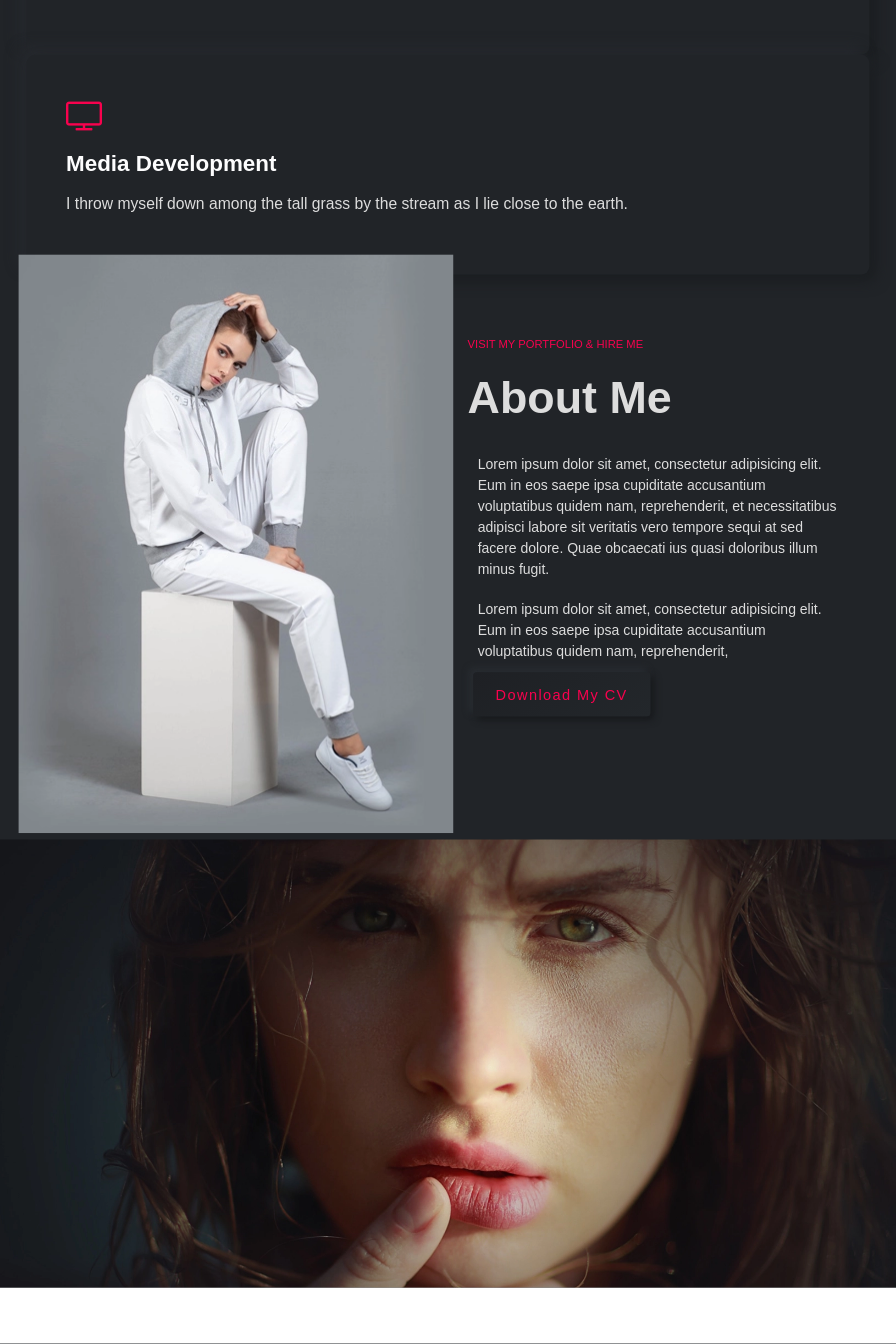
Repository: arminprogramme/inbio
Page: /
These files come from the project's save history. The page is drawn as it stood at one moment and after the next save; the edit follows.
The browser window is 1280 px wide. The pictures show the part of the page from y = 1515 to 3435 px (the page is 3435 px tall before and 3430 px after), at 70% of full size.
Backgrounds fixed to the window are drawn as part of the page. Some web libraries are served in a nearby version. The project was rebuilt for these pictures with package versions that can differ from the ones it lists, and the page was loaded fresh each time. Also part of the build but not shown: vite.config.js.

Above is the page before, as saved 2023-10-20 04:25:47.

### index.html
<!doctype html>
<html lang="en">

<head>
    <meta charset="UTF-8" />
    <link rel="icon" type="image/svg+xml" href="/vite.svg" />
    <link rel="stylesheet" href="https://cdnjs.cloudflare.com/ajax/libs/font-awesome/4.7.0/css/font-awesome.min.css">
    <link href="https://cdnjs.cloudflare.com/ajax/libs/flowbite/1.8.1/flowbite.min.css" rel="stylesheet" />
    <meta name="viewport" content="width=device-width, initial-scale=1.0" />
    <title>Vite + React</title>
</head>

<body>
    <div id="root"></div>
    <script src="https://cdnjs.cloudflare.com/ajax/libs/flowbite/1.8.1/flowbite.min.js"></script>
    <script type="module" src="/src/main.jsx"></script>
</body>

</html>

### src/App.jsx
import   { Component } from 'react';
import LandingPage from './Component/LandingPage.jsx'
import './App.css'

class App extends Component {


  render() {
    return (
    <div>
      <LandingPage />
    </div>
    );
  }


}

export default App;

### src/index.css
:root {
    font-family: Inter, system-ui, Avenir, Helvetica, Arial, sans-serif;
}

a {
    font-weight: 500;
    color: #646cff;
    text-decoration: inherit;
}

* {
    padding: 0;
    margin: 0;
    box-sizing: border-box;
}

@tailwind base;
@tailwind components;
@tailwind utilities;
a:hover {
    color: #535bf2;
}

body {
    margin: 0;
    font-family: 'Vazir', sans-serif;
}

h1 {
    font-size: 3.2em;
    line-height: 1.1;
}

@media (prefers-color-scheme: light) {
     :root {
        color: #213547;
        background-color: #ffffff;
    }
    a:hover {
        color: #747bff;
    }
    button {
        background-color: #f9f9f9;
    }
}

### src/Component/LandingPage.jsx
import  { Component } from 'react';
import Header from './Header/Header.jsx'
import Body from './Body/Body.jsx'
//import Footer from './Footer/Footer.jsx'
class LandingPage extends Component {
    render() {
        return (
            <div>
                <Header/>
                <Body/>

            </div>
        );
    }
}

export default LandingPage;

### src/Component/Header/Header.jsx
import  { Component } from 'react';
import NavBar from './Navbar.jsx'
import './Header.css'
class Header extends Component {
    render() {
        return (
            <div>
                <NavBar/>
                <div className="banner-header text-center">
                    <h1 className='font-bold text-white'>KRISTINA SOMOLYER</h1>
                    <p>American Supermodel & Entrepreneur</p>
                </div>
            </div>
        );
    }
}

export default Header;

### src/Component/Body/Body.jsx
import  { Component } from 'react';
import Services from './Services/Services.jsx'
import About from './About/About.jsx'
import './Body.css'
class Body extends Component {
    render() {
        return (
            <>
            <div className='black-bg '>
                <div className="limit-width">
                    <Services/>
                    <About/>
                </div>
                <div className="girl-bg">

                </div>
            </div>
            </>
        );
    }
}

export default Body;

### src/Component/Header/Navbar.jsx
import  { Component } from 'react';

class Navbar extends Component {
    render() {
        return (
            <div>

<nav className=" black-bg">
  <div className="max-w-screen-xl flex flex-wrap items-center justify-between mx-auto p-6">
    <a href="https://.com/" className="flex items-center">
       <h2 className='text-white'>React Project</h2>
    </a>
    <button data-collapse-toggle="navbar-default" type="button"  className="inline-flex items-center p-2 w-10 h-10 justify-center text-sm text-white rounded-lg md:hidden " aria-controls="navbar-default" aria-expanded="false">
    <i className="fa fa-bars text-white"></i>

    </button>
    <div className="hidden w-full md:block md:w-auto" id="navbar-default">
      <ul className="font-medium flex flex-col p-4 md:p-0 mt-4 border border-gray-100 rounded-lg text-white md:flex-row md:space-x-8 md:mt-0 md:border-0 black-bg">
        <li>
          <a href="#" className="block py-2 pl-3 pr-4 text-white md:hover:text-gray-700 dark:text-white md:dark:hover:text-gray-500 rounded md:bg-transparent md:p-0 " aria-current="page">Home</a>
        </li>
        <li>
          <a href="#" className="block py-2 pl-3 pr-4 text-gray-900 rounded hover:bg-gray-100 md:hover:bg-transparent md:border-0 md:hover:text-gray-700 md:p-0 dark:text-white md:dark:hover:text-gray-500 dark:hover:bg-gray-700 dark:hover:text-white md:dark:hover:bg-transparent">About</a>
        </li>
        <li>
          <a href="#" className="block py-2 pl-3 pr-4 text-gray-900 rounded md:hover:text-gray-700 md:p-0 dark:text-white md:dark:hover:text-gray-500 dark:hover:bg-gray-700 dark:hover:text-white md:dark:hover:bg-transparent">Services</a>
        </li>
        <li>
          <a href="#" className="block py-2 pl-3 pr-4 text-gray-900 rounded hover:bg-gray-100 md:hover:bg-transparent md:border-0 md:hover:text-gray-700 md:p-0 dark:text-white md:dark:hover:text-gray-500 dark:hover:bg-gray-700 dark:hover:text-white md:dark:hover:bg-transparent">Pricing</a>
        </li>
        <li>
          <a href="#" className="block py-2 pl-3 pr-4 text-gray-900 rounded hover:bg-gray-100 md:hover:bg-transparent md:border-0md:hover:text-gray-700 md:p-0 dark:text-white md:dark:hover:text-gray-500 dark:hover:bg-gray-700 dark:hover:text-white md:dark:hover:bg-transparent">Contact</a>
        </li>
      </ul>
    </div>
  </div>
</nav>

            </div>
        );
    }
}

export default Navbar;

### src/Component/Header/Header.css
.black-bg {
    background-color: #212428;
}

.banner-header {
    background-image: url(../../../bg-image-12.webp);
    background-position: center;
    background-size: cover;
    padding: 20.25rem 0;
}

.banner-header h1 {
    letter-spacing: 6px;
    font-size: 3.2rem;
}

.banner-header p {
    letter-spacing: 6px;
    font-size: 1.2rem;
    padding: 2rem 0;
    color: #fff;
}

### src/Component/Body/Services/Services.jsx
import  { Component } from 'react';
import ServicesItem from './ServicesItem.jsx'
import './Services.css'
class Services extends Component {

    constructor(props){
        super(props)

        this.state = {
            services : [
                {id : 1 , icon : 'red-color fa fa-bars' , title : 'Web Development' , text : 'I throw myself down among the tall grass by the stream as I lie close to the earth.'},
                {id : 2 , icon : 'red-color fa fa-book' , title : 'App Development' , text : 'It uses a dictionary of over 200 Latin words, combined with a handful of model sentence.'},
                {id : 3 , icon : 'red-color fa fa-television' , title : 'Media Development' , text : 'I throw myself down among the tall grass by the stream as I lie close to the earth.'},
            ]
        }
    }
    render() {
        return (
            <div>
              <div className="grid  grid-cols-1 lg:grid-cols-3 gap-10">
              {this.state.services.map(services => {
                return <ServicesItem key={services.id} {...services} />
               })}
              </div>
            </div>
        );
    }
}

export default Services;

### src/Component/Body/About/About.jsx
import  { Component } from 'react';
import ButtonSpecial from '../Buttons/ButtonSpecial.jsx'
import   './About.css'
class About extends Component {

    constructor(props){
        super(props)

        this.state= {
            title : 'Download My CV'
        }
    }
    render() {
        return (
            <div>
                <div className="about-container my-52 grid grid-cols-1 lg:grid-cols-2 gap-2">
                    <div className="img-about">
                        <div className="inner-img-about">
                            <img src="about-5.webp" className='rounded' alt="" />
                        </div>
                    </div>
                    <div className="content-about">
                        <h5 className='red-color'>VISIT MY PORTFOLIO & HIRE ME</h5>
                        <h2>About Me</h2>
                        <p>Lorem ipsum dolor sit amet, consectetur adipisicing elit. Eum in eos saepe ipsa cupiditate accusantium voluptatibus quidem nam, reprehenderit, et necessitatibus adipisci labore sit veritatis vero tempore sequi at sed facere dolore. Quae obcaecati ius quasi doloribus illum minus fugit.</p>
                        <p>Lorem ipsum dolor sit amet, consectetur adipisicing elit. Eum in eos saepe ipsa cupiditate accusantium voluptatibus quidem nam, reprehenderit,</p>

                       <div className="mx-2 button-about">
                       <ButtonSpecial title={this.state.title}/>
                       </div>
                    </div>
                </div>
            </div>
        );
    }
}

export default About;

### src/Component/Body/Body.css
.limit-width {
    max-width: 1450px;
    padding: 6rem 3% 3%;
    margin: auto;
}

.girl-bg {
    background-image: url(../../../bg-image-8.webp);
    padding: 20em;
    background-attachment: fixed;
    background-size: cover;
    background-position: center;
    margin-bottom: 5rem;
}

### src/Component/Body/Services/ServicesItem.jsx
import { Component } from 'react';

class ServicesItem extends Component {
    render() {
        return (
            <div className='services-item'>
                <div className="icon-services">
                    <i className={this.props.icon}></i>
                </div>
                <div className="content-services">
                <h2 className='font-bold'>{this.props.title}</h2>
                <p>{this.props.text}</p>
                </div>
            </div>
        );
    }
}

export default ServicesItem;

### src/Component/Body/Services/Services.css
.icon-services i {
    font-size: 3rem;
}

.red-color {
    color: #f8024e;
}

.content-services {
    padding: 1.2rem 0;
    color: #FDFDFE;
}

.content-services h2 {
    font-size: 2rem;
    padding-bottom: 1rem;
}

.content-services p {
    line-height: 2.25rem;
    font-size: 1.4rem;
}

.services-item {
    border-radius: 12px;
    transition: 0.5s!important;
    padding: 4rem 3.5rem;
    background: #212428;
    box-shadow: 10px 10px 20px #1b1e21, -10px -10px 20px #272a2f;
    -webkit-transition: 0.5s!important;
    -moz-transition: 0.5s!important;
    -ms-transition: 0.5s!important;
    -o-transition: 0.5s!important;
    cursor: pointer;
}

.services-item:hover {
    border-radius: 12px;
    transform: translateY(-1.2rem);
    transition: 0.5s!important;
    background: linear-gradient(145deg, #23272b, #16171a);
    box-shadow: 10px 10px 13px #1b1e21, -10px -10px 13px #272a2f;
    -webkit-transition: 0.5s!important;
    -moz-transition: 0.5s!important;
    -ms-transition: 0.5s!important;
    -o-transition: 0.5s!important;
    -webkit-transform: translateY(-1.2rem);
    -moz-transform: translateY(-1.2rem);
    -ms-transform: translateY(-1.2rem);
    -o-transform: translateY(-1.2rem);
}

### src/Component/Body/Buttons/ButtonSpecial.jsx
import  { Component } from 'react';
import   './Buttons.css'
class ButtonSpecial extends Component {
    render() {
        return (
           <button className='sp-button red-color'>{this.props.title}</button>
        );
    }
}

export default ButtonSpecial;

### src/Component/Body/About/About.css
.inner-img-about,
.img-about {
    padding: 0.5rem;
    border-radius: 5px;
    max-width: 100%;
}

.inner-img-about {
    border-radius: 5px;
    background: #212428;
    box-shadow: 5px 5px 10px #17191c, -5px -5px 10px #2b2f34;
    -webkit-border-radius: 5px;
    -moz-border-radius: 5px;
    -ms-border-radius: 5px;
    position: relative;
    align-self: stretch;
    height: auto;
    pad: 1rem;
    flex-shrink: 0;
    object-fit: cover;
    border-radius: 10px;
    -o-border-radius: 5px;
}

.inner-img-about img {
    width: 100%;
    border-radius: 5px!important;
    -webkit-border-radius: 5px!important;
    transform: scale(1.2);
    -moz-border-radius: 5px!important;
    padding: 1.5rem;
    -ms-border-radius: 5px!important;
    -o-border-radius: 5px!important;
}

.content-about {
    margin: 5.5rem 1.5rem;
}

.content-about h2,
p {
    color: #ddd;
}

.content-about h2 {
    font-size: 4rem;
    padding: 1rem 0;
    font-weight: bold;
}

.content-about p {
    font-size: 1.25rem;
    padding: 0.9rem;
}

### src/Component/Body/Buttons/Buttons.css
.sp-button {
    border-radius: 5px;
    background: linear-gradient(145deg, #1e2024, #23272b);
    box-shadow: 5px 5px 10px #17191c, -5px -5px 10px #2b2f34;
    padding: 1rem 2rem;
    font-size: 1.3rem;
    -webkit-border-radius: 5px;
    -moz-border-radius: 5px;
    letter-spacing: 2px;
    -ms-border-radius: 5px;
    transition: 0.3s;
    -o-border-radius: 5px;
    -webkit-transition: 0.3s;
    -moz-transition: 0.3s;
    -ms-transition: 0.3s;
    -o-transition: 0.3s;
}

.sp-button:hover {
    transition: 0.3s;
    border-radius: 5px;
    transform: translateY(-3px);
    background: linear-gradient(145deg, #23272b, #1e2024);
    box-shadow: 5px 5px 10px #17191c, -5px -5px 10px #2b2f34;
    -webkit-border-radius: 5px;
    -moz-border-radius: 5px;
    -ms-border-radius: 5px;
    -o-border-radius: 5px;
    -webkit-transition: 0.3s;
    -moz-transition: 0.3s;
    -ms-transition: 0.3s;
    -o-transition: 0.3s;
    -webkit-transform: translateY(-3px);
    -moz-transform: translateY(-3px);
    -ms-transform: translateY(-3px);
    -o-transform: translateY(-3px);
}

Loaded but not shown: src/main.jsx (common file); src/App.css (common file)

After the next save:
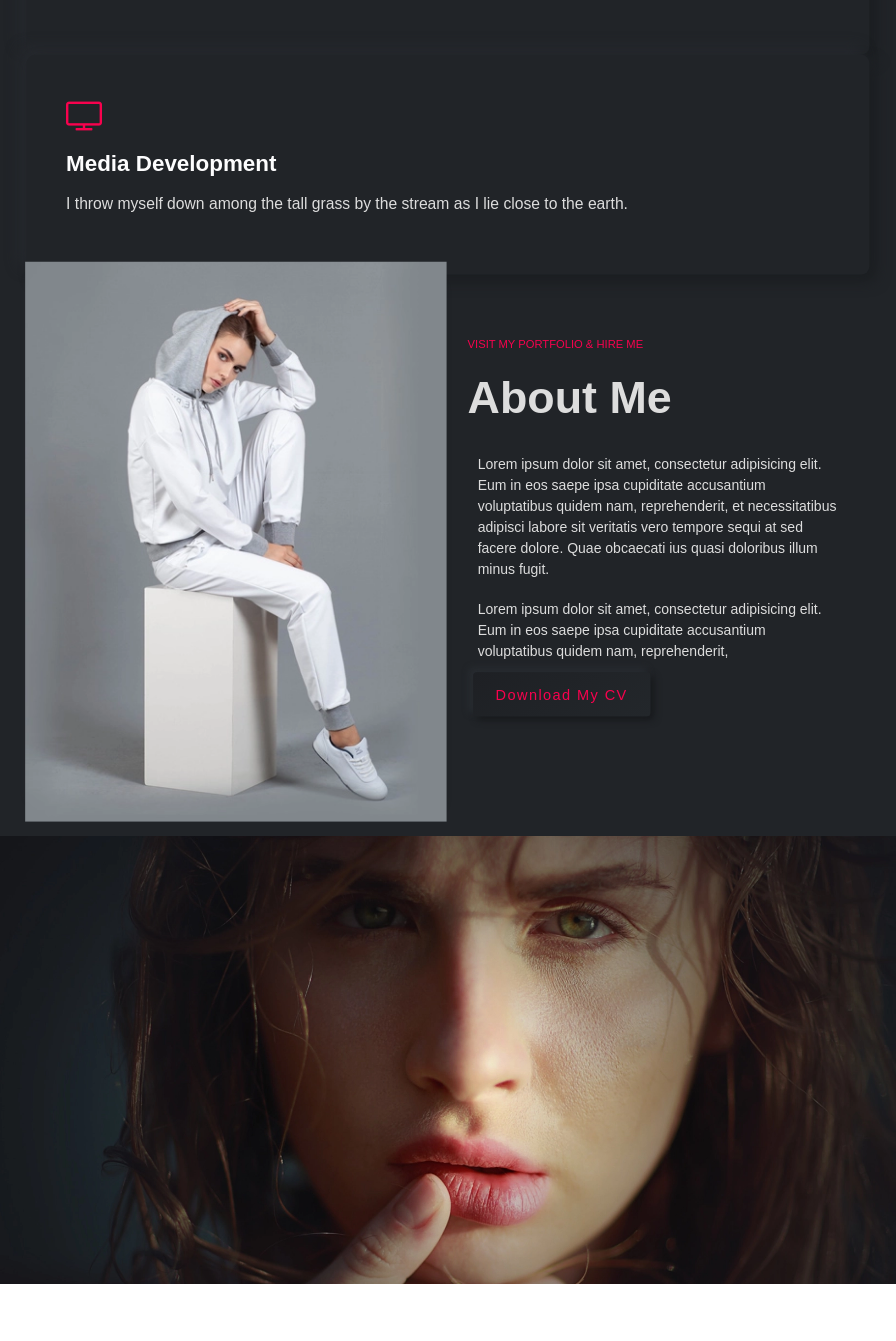
Saved 6 s later.
--- a/src/Component/Body/About/About.css
+++ b/src/Component/Body/About/About.css
@@ -15,7 +15,7 @@
     position: relative;
     align-self: stretch;
     height: auto;
-    pad: 1rem;
+    padding: 1rem;
     flex-shrink: 0;
     object-fit: cover;
     border-radius: 10px;
